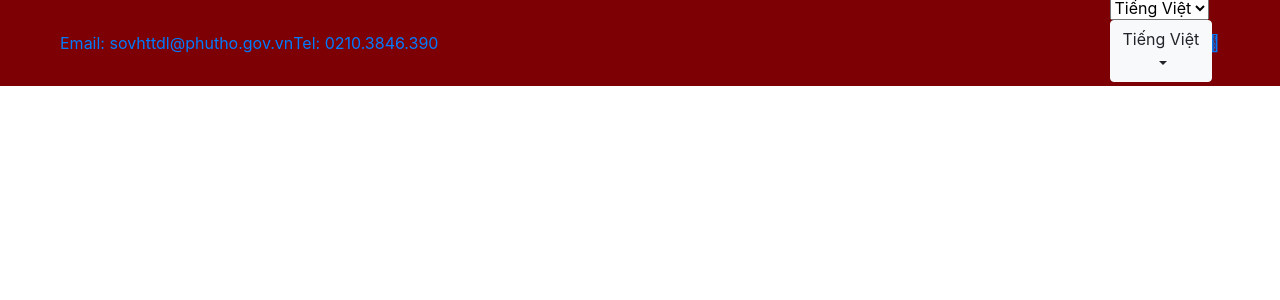
Repository: NgocNB20/Front_end_KLTN
Page: index.html
These files come from the project's save history. The page is drawn as it stood at one moment and after the next save; the edit follows.
The browser window is 1280 px wide. The pictures show the whole page.
Some web fonts or font styles are not loaded; a fallback is used. Some web libraries are served in a nearby version.

Above is the page before, as saved 2021-11-28 10:33:19.

### index.html
<!DOCTYPE html>
<html lang="en">

<head>
    <meta charset="UTF-8">
    <meta http-equiv="X-UA-Compatible" content="IE=edge">
    <meta name="viewport" content="width=device-width, initial-scale=1.0">
    <!-- Bootstrap CSS -->
    <link rel="stylesheet" href="https://maxcdn.bootstrapcdn.com/bootstrap/4.0.0/css/bootstrap.min.css"
        integrity="sha384-Gn5384xqQ1aoWXA+058RXPxPg6fy4IWvTNh0E263XmFcJlSAwiGgFAW/dAiS6JXm" crossorigin="anonymous">
    <link
        href="https://fonts.googleapis.com/css?family=Barlow+Condensed:200,300,400,400i,500,600,700,800,900%7CSatisfy&amp;display=swap"
        rel="stylesheet">
    <link rel="stylesheet" href="https://pro.fontawesome.com/releases/v5.10.0/css/all.css"
        integrity="sha384-AYmEC3Yw5cVb3ZcuHtOA93w35dYTsvhLPVnYs9eStHfGJvOvKxVfELGroGkvsg+p" crossorigin="anonymous" />

    <link rel="stylesheet" href="./style.css">
    <title>Travel</title>
</head>

<body>
    <div class="page-wrapper">
        <div class="site-header__header-one-wrap">
            <div class="topbar-one">
                <div class="container-fluid">
                    <div class="topbar-one__left">
                        <a href="mailto:Email: sovhttdl@phutho.gov.vn">Email: sovhttdl@phutho.gov.vn</a>
                        <a href="tel:Tel: 0210.3846.390">Tel: 0210.3846.390</a>
                    </div>
                    <div class="topbar-one__right"></div>
                    <div class="main-nav__right">
                        <div class="dropdown bootstrap-select"><select name="languages" id="languages"
                                class="selectpicker" onchange="javascript:location.href = this.value;" tabindex="-98">
                                <option value="/vi" selected="">Tiếng Việt</option>
                                <option value="/en">English</option>
                            </select><button type="button" class="btn dropdown-toggle btn-light" data-toggle="dropdown"
                                role="button" data-id="languages" title="Tiếng Việt">
                                <div class="filter-option">
                                    <div class="filter-option-inner">
                                        <div class="filter-option-inner-inner">Tiếng Việt</div>
                                    </div>
                                </div>
                            </button>
                            <div class="dropdown-menu " role="combobox">
                                <div class="inner show" role="listbox" aria-expanded="false" tabindex="-1">
                                    <ul class="dropdown-menu inner show"></ul>
                                </div>
                            </div>
                        </div>
                        <a href="#" class="main-nav__search search-popup__toggler"><i class="fal fa-search"></i></a>
                        <a href="#" class="main-nav__login login-popup__toggler"><i class="tripo-icon-avatar"></i></a>
                    </div>
                </div>
            </div>
            <div class="container-fluid">

            </div>
        </div>
    </div>

</body>

</html>

### style.css
:root {
    --thm-font: 'Barlow Condensed', sans-serif;
    --heading-font: 'Charmonman', cursive;
    --thm-base: #ffa801;
    --thm-base-rgb: 255, 168, 1;
    --thm-primary: #40b9eb;
    --thm-primary-rgb: 64, 185, 235;
    --thm-secondary: #ff0143;
    --thm-secondary-rgb: 255, 1, 67;
    --thm-black: #082740;
    --thm-black-rgb: 8, 39, 64;
    --thm-gray: #eceeef;
    --blue: #007bff;
    --indigo: #6610f2;
    --purple: #6f42c1;
    --pink: #e83e8c;
    --red: #dc3545;
    --orange: #fd7e14;
    --yellow: #ffc107;
    --green: #28a745;
    --teal: #20c997;
    --cyan: #17a2b8;
    --white: #fff;
    --gray: #6c757d;
    --gray-dark: #343a40;
    --primary: #007bff;
    --secondary: #6c757d;
    --success: #28a745;
    --info: #17a2b8;
    --warning: #ffc107;
    --danger: #dc3545;
    --light: #f8f9fa;
    --dark: #343a40;
    --breakpoint-xs: 0;
    --breakpoint-sm: 576px;
    --breakpoint-md: 768px;
    --breakpoint-lg: 992px;
    --breakpoint-xl: 1200px;
    --font-family-sans-serif: -apple-system,BlinkMacSystemFont,"Segoe UI",Roboto,"Helvetica Neue",Arial,"Noto Sans",sans-serif,"Apple Color Emoji","Segoe UI Emoji","Segoe UI Symbol","Noto Color Emoji";
    --font-family-monospace: SFMono-Regular,Menlo,Monaco,Consolas,"Liberation Mono","Courier New",monospace;
}
.topbar-one {
    background-color: #7d0004;
}
.topbar-one .container-fluid {
    padding-left: 0;
    padding-right: 0;
    display: -webkit-box;
    display: flex;
    -webkit-box-align: center;
    align-items: center;
    -webkit-box-pack: justify;
    justify-content: space-between;
}
.topbar-one__left {
    display: -webkit-box;
    display: flex;
    -webkit-box-align: center;
    align-items: center;
    padding-left: 60px;
}
.topbar-one__right {
    display: -webkit-box;
    display: flex;
    -webkit-box-align: center;
    align-items: center;
}
.main-nav__right {
    margin-left: auto;
    display: -webkit-box;
    display: flex;
    -webkit-box-align: center;
    align-items: center;
    padding-right: 60px;
}
.main-nav__right .bootstrap-select:not([class*="col-"]):not([class*="form-control"]):not(.input-group-btn) {
    width: 100px;
    position: relative;
    top: -4px;
}

After the next save:
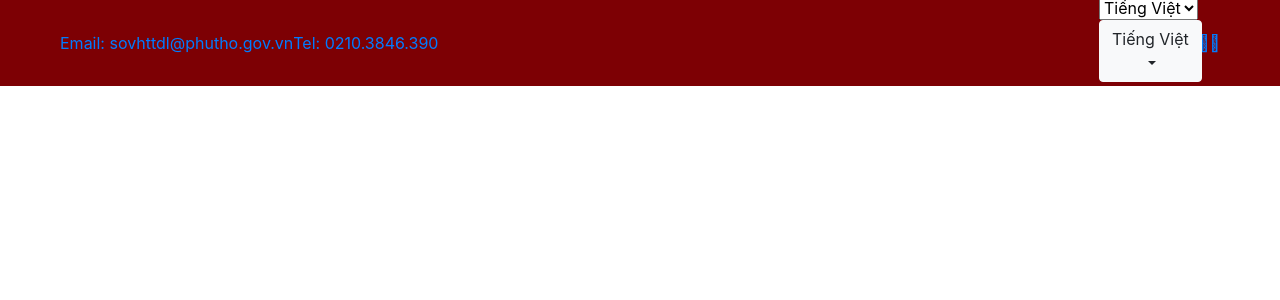
Saved 66 s later.
--- a/index.html
+++ b/index.html
@@ -48,7 +48,7 @@
                             </div>
                         </div>
                         <a href="#" class="main-nav__search search-popup__toggler"><i class="fal fa-search"></i></a>
-                        <a href="#" class="main-nav__login login-popup__toggler"><i class="tripo-icon-avatar"></i></a>
+                        <a href="#" class="main-nav__login login-popup__toggler"><i class="fal fa-user"></i></a>
                     </div>
                 </div>
             </div>
